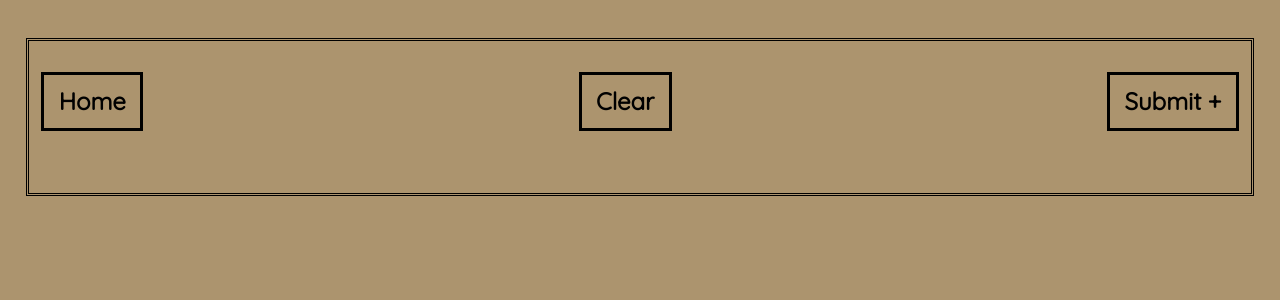
Repository: rickypcyt/ricky-react-portfolio
Page: /WebMural
An editor plug-in stored every save of this project. The page is shown before and after the next save, followed by the edit.
The browser window is 1280 px wide. The pictures show the whole page.
The project was rebuilt for these pictures with package versions that can differ from the ones it lists, and the page was loaded fresh each time. Also part of the build but not shown: src/Content.js, src/pages/Info.js, src/pages/Projects.js, src/pages/Contact.js, src/pages/NotesJS.js.

Above is the page before, as saved 2022-09-12 15:04:57.

After the next save:
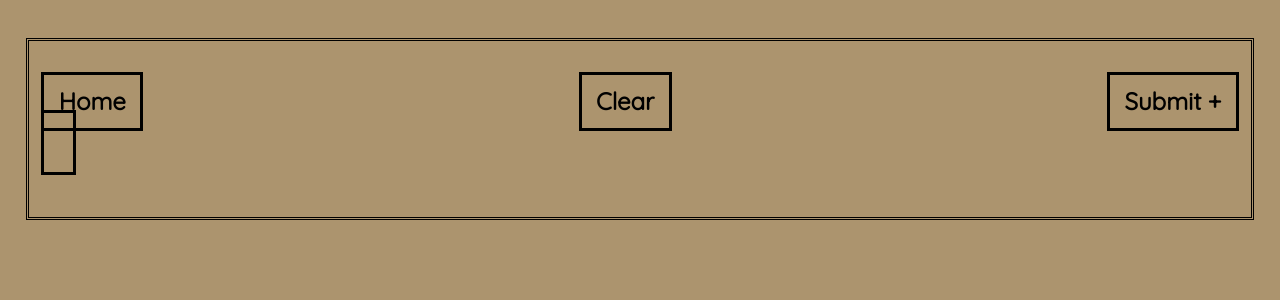
Saved 15 s later.
--- a/src/pages/WebMural.js
+++ b/src/pages/WebMural.js
@@ -33,7 +33,7 @@ const UploadAndDisplayImage = () => {
         <ol>
           <div>
             <div className="oli">Home</div>
-            <CustomLink to="/"></CustomLink>
+            <CustomLink to="/" className="oli"></CustomLink>
           </div>
           <nav className="oli" onClick={() => handleImageChange(null)}>
             Clear
